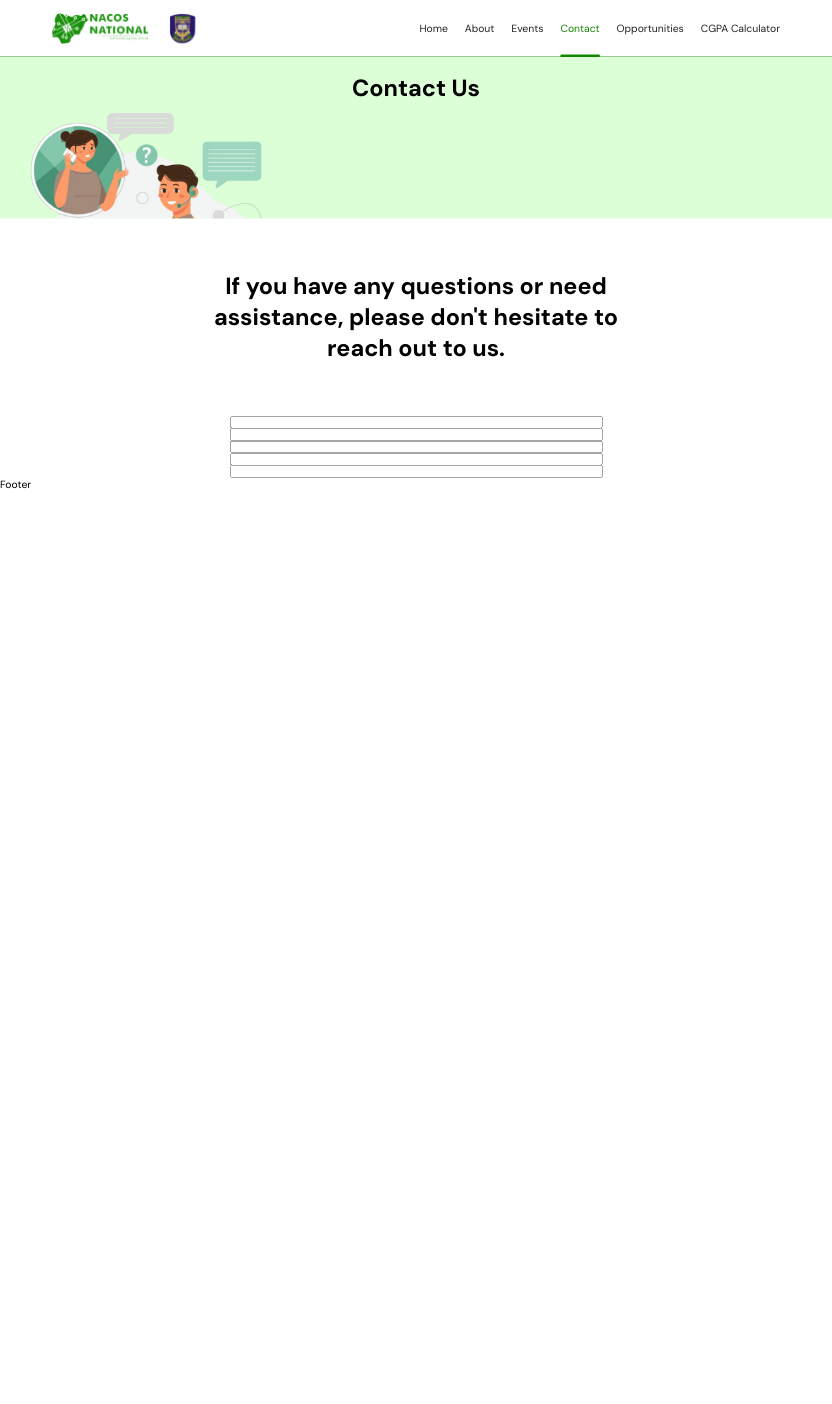
Repository: nacossuil/Uil-Nacos-Web
Page: /contact (app in frontend/)
These files come from the project's save history. The page is drawn as it stood at one moment and after the next save; the edit follows.
The browser window is 1280 px wide. The pictures show the whole page, at 65% of full size.
The project was rebuilt for these pictures with package versions that can differ from the ones it lists, and the page was loaded fresh each time. Also part of the build but not shown: frontend/vite.config.js, frontend/src/pages/Home/HomePage.jsx, frontend/src/pages/About/AboutPage.jsx, frontend/src/pages/Events/EventsPage.jsx, frontend/src/pages/Opportunities/OpportunitiesPage.jsx, frontend/src/pages/CgpaCalculator/CgpaCalculatorPage.jsx.

Above is the page before, as saved 2023-11-14 00:06:07.

### frontend/index.html
<!doctype html>
<html lang="en">

<head>
  <meta charset="UTF-8" />
  <link rel="icon" type="image/svg+xml" href="./src/assets/nacos-logo.svg" />
  <meta name="viewport" content="width=device-width, initial-scale=1.0" />
  <title>Vite + React</title>
</head>

<body>
  <div id="root"></div>
  <script type="module" src="/src/main.jsx"></script>
</body>

</html>

### frontend/src/App.jsx
import { useState } from "react";
import "./App.css";
import Navbar from "./components/Navbar/Navbar";
import { Routes, Route } from "react-router-dom";
import HomePage from "./pages/Home/HomePage";
import ContactPage from "./pages/Contact/ContactPage";
import Footer from "./components/Footer/Footer";
import AboutPage from "./pages/About/AboutPage";
import EventsPage from "./pages/Events/EventsPage";
import OpportunitiesPage from "./pages/Opportunities/OpportunitiesPage";
import CgpaCalculatorPage from "./pages/CgpaCalculator/CgpaCalculatorPage";
import ScrollToTop from "./assets/up-arrow-icon.svg?react";
function App() {
  const [scrollToTopVisible, setScrollToTopVisible] = useState(false);

  const toggleVisible = () => {
    const scrolled = document.documentElement.scrollTop;
    if (scrolled > 300) {
      setScrollToTopVisible(true);
    } else if (scrolled <= 300) {
      setScrollToTopVisible(false);
    }
  };

  const scrollToTop = () => {
    window.scrollTo({
      top: 0,
      behavior: "smooth",
    });
  };
  window.addEventListener("scroll", toggleVisible);
  return (
    <main>
      <Navbar />
      <Routes>
        <Route path="/" element={<HomePage />} />
        <Route path="/about" element={<AboutPage />} />
        <Route path="/events" element={<EventsPage />} />
        <Route path="/contact" element={<ContactPage />} />
        <Route path="/opportunities" element={<OpportunitiesPage />} />
        <Route path="/calculator" element={<CgpaCalculatorPage />} />
      </Routes>
      <Footer />
      {scrollToTopVisible ? (
        <div
          className="scroll-to-top-icon"
          onClick={() => {
            scrollToTop();
          }}
        >
          <ScrollToTop />
        </div>
      ) : null}
    </main>
  );
}

export default App;

### frontend/src/index.css
@import url('https://fonts.googleapis.com/css2?family=DM+Sans:opsz,wght@9..40,300;9..40,400;9..40,500;9..40,600;9..40,700&family=Mulish:wght@200;300;400;500;600;700&display=swap');
:root {
  font-size: 16px;
}
*{
  box-sizing: border-box;
  margin: 0;
  padding: 0;
}
body {
  margin: 0;
}

### frontend/src/App.css
@import url('https://fonts.googleapis.com/css2?family=DM+Sans&display=swap');

body {
  font-family: 'DM Sans', sans-serif;
}

main {
  position: relative;
  min-height: 300vh;
}

.scroll-to-top-icon {
  position: fixed;
  bottom: 16.1875rem;
  right: 6.25rem;
}

### frontend/src/components/Navbar/Navbar.jsx
import { useState } from "react";
import "./Navbar.css";
import { NavLink, Link } from "react-router-dom";

const Navbar = () => {
  // An array which contains link objects.
  // This makes it easier to add/remove links without having to tamper with existing markup
  const links = [
    {
      title: "Home",
      path: "/",
    },
    {
      title: "About",
      path: "/about",
    },
    {
      title: "Events",
      path: "/events",
    },
    {
      title: "Contact",
      path: "/contact",
    },
    {
      title: "Opportunities",
      path: "/Opportunities",
    },
    {
      title: "CGPA Calculator",
      path: "/calculator",
    },
  ];
  //state to keep track of the scroll position.
  const [scrolled, setScrolled] = useState(false);

  // function to toggle state when scrolled
  const toggle = () => {
    if (window.scrollY > 40) {
      setScrolled(true);
    } else {
      setScrolled(false);
    }
  };
  window.addEventListener("scroll", toggle);

  return (
    <header className={scrolled ? "scrolled" : ""}>
      <Link to={"/"}>
        <div>
          <img src="/src/assets/nacos-logo.svg" alt="" />
          <img src="/src/assets/unilorin-logo.svg" alt="" />
        </div>
      </Link>
      <nav>
        {/* Mapping over the links array and generating individual links
        The key for each link is it's title  */}
        {links.map((link) => (
          <NavLink to={link.path} key={link.title} end>
            {link.title}
          </NavLink>
        ))}
      </nav>
    </header>
  );
};

export default Navbar;

### frontend/src/pages/Contact/ContactPage.jsx
import './ContactPage.css'
import Img from '../../assets/customer-support.png'

const ContactPage = () => {
  return (
    <section className="c-wrapper">
      <div className="c-container">
        <div className="first">
          <div className="c-heading">
            <h1>Contact Us</h1>
          </div>
          <div className="image-container">
            <img src={Img} alt="bgImg" />
          </div>
        </div>
        <div className="second">
          <div className="s-text">
            If you have any questions or need assistance, please {`don't`}{' '}
            hesitate to reach out to us.
          </div>
          <form className="form">
            <input type="text" />
            <input type="text" />
            <input type="text" />
            <input type="text" />
            <input type="text" />
          </form>
        </div>
      </div>
    </section>
  )
}

export default ContactPage

### frontend/src/components/Footer/Footer.jsx
const Footer = () => {
  return (
    <footer>Footer</footer>
  )
}

export default Footer

### frontend/src/components/Navbar/Navbar.css
/* Making minimal use of classes to avoid class colision issues and specificity problems */

header {
    height: 5.5rem;
    width: 100%;
    display: flex;
    justify-content: space-between;
    align-items: center;
    font-family: 'DM Sans', sans-serif;
    font-size: 1rem;
    padding-inline: 5rem;
    border-bottom: solid 1px #138601;
    position: sticky;
    top: 0;
    transition: background .3s;
}

nav {
    display: flex;
    gap: 1.625rem;
    /*gap provided in the desing*/

}

nav a {
    color: #212521;
    text-decoration: none;
    position: relative;
}

header div {
    display: flex;
    gap: 2rem;
}

nav a.active {
    color: #138601;
}

/* using the after pseudo-class to create horizontal bars beneath active links */
nav a.active::after {
    content: '';
    position: absolute;
    bottom: -2.125rem;
    left: 0;
    background-color: #138601;
    width: 100%;
    height: 0.25rem;
    border-radius: 0.375rem;
}

/* utility class to change background of navigation on scroll */
header.scrolled {
    background-color: #FFFFFF;
}

### frontend/src/pages/Contact/ContactPage.css
.c-wrapper {
    position: relative;
}

.c-container {
    display: flex;
    flex-wrap: wrap;
    justify-content: center;
    align-items: center;
    text-align: center;
}


/* first div */

.c-container .first {
    background: #dcffd7;
    width: 100%;
}

.first .c-heading>h1 {
    margin: 1.5rem auto 0;
    font-size: 36px;
    font-weight: 700;
    line-height: 48px;
}

.image-container {
    width: 100%;
}


/* second div  */

.second {
    margin-top: 5rem;
}

.second>.s-text {
    font-size: 36px;
    font-weight: 700;
    line-height: 48px;
    width: 45rem;
    margin-bottom: 5rem;
}

.second input {
    display: block;
    margin: 0 auto;
    width: 573px;
    gap: 10px;
}

### frontend/src/pages/Opportunities/Opportunitiespage.css
.opportunities {
  /*###### CUSTOM VARIABLES ######*/
  --color-primary-tint: hsla(112, 99%, 92%);
  --color-primary-shade: hsl(112, 99%, 26%);
  --text-color: hsla(120, 6%, 14%, 1);
  --text-color-light: hsla(108, 10%, 10%, 0.8);

  --font-family: "DM Sans", sans-serif;

  --fs-heading: 2.5rem;
  --fs-text-md: 1rem;
  --fs-text-lg: 1.75rem;
  --fs-text-sm: 0.875rem;

  --line-height-text: 1.6;
  --btn-radius: 3vw;

  /* GlOBAL STYLINGS */
  font-family: var(--font-family);
}

/*###### GLOBAL RESETS ######*/
* {
  box-sizing: border-box;
  margin: 0;
  padding: 0;
}

.opportunities > * {
  font-family: inherit;
}

img {
  /* Making images responsive */
  display: block;
  max-width: 100%;
}

/*###### RE-USABLE CLASSES ######*/
.container {
  /* max-width: Ideal width not decided yet */
  width: 85%;
  margin-inline: auto;
}

.heading {
  font-size: var(--fs-heading);
  font-weight: 600;
  margin-bottom: 2rem;
}

.text-md {
  font-size: var(--fs-text-md);
  font-weight: 500;
  line-height: var(--line-height-text);
  margin-bottom: 2rem;
}

.btn {
  display: inline-block;
  padding: 0.75em 1.5em;
  font-size: var(--fs-text-md);
  font-weight: 500;
  color: var(--color-primary-tint);
  background-color: var(--color-primary-shade);
  border: 0;
  border-radius: var(--btn-radius);
  cursor: pointer;
}

/*##### INTRO SECTION #####*/
.section-intro {
  padding-block: 3rem;
  background-color: var(--color-primary-tint);
}

.intro__content {
  display: grid;
  grid-template-columns: repeat(2, 1fr);
  align-items: center;
}

.intro__content-img-box {
  display: grid;
  place-items: center;
}

.intro__content-img-box img {
  width: 80%;
}

Loaded but not shown: frontend/src/main.jsx (common file)

After the next save:
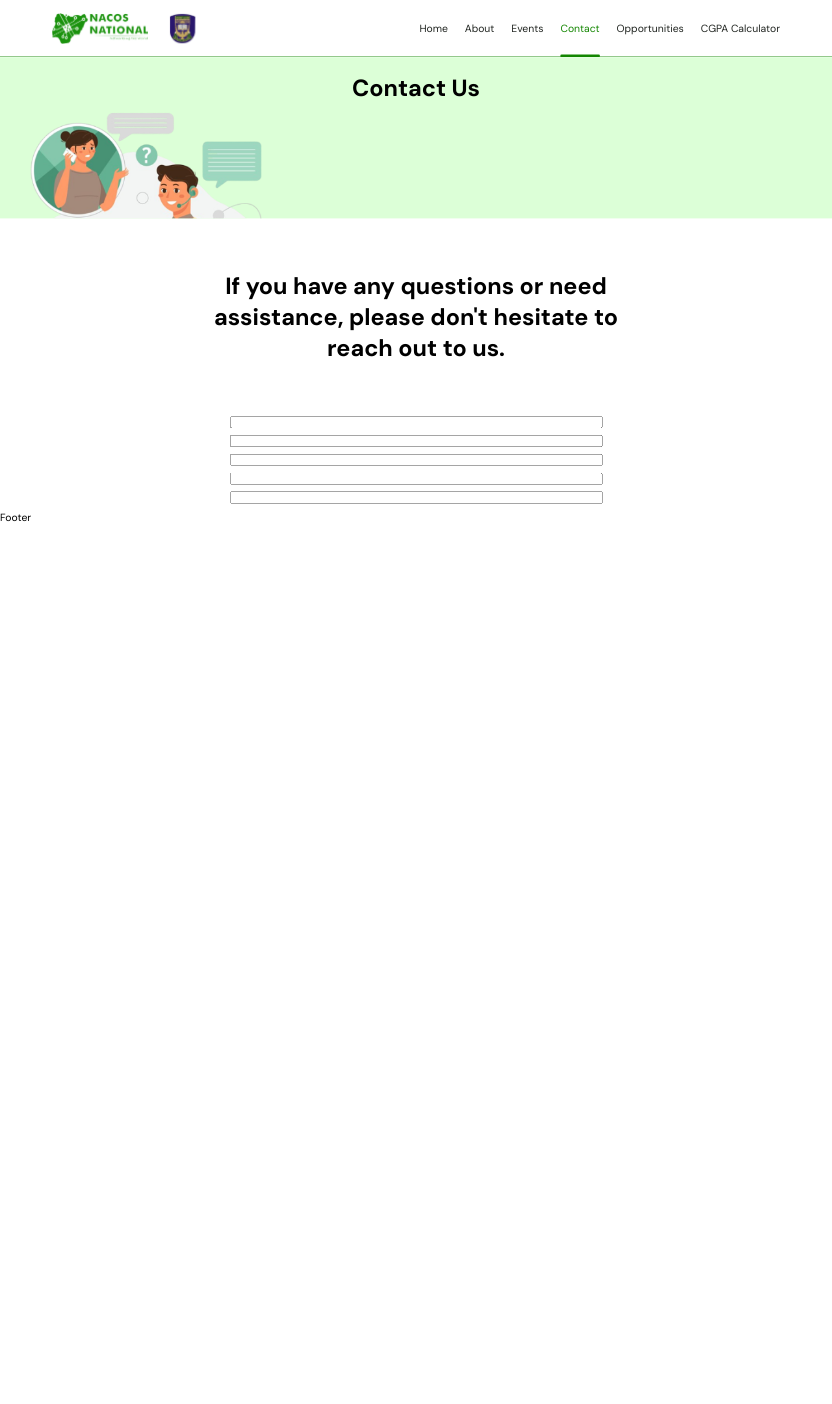
Saved 10 s later.
--- a/frontend/src/pages/Contact/ContactPage.css
+++ b/frontend/src/pages/Contact/ContactPage.css
@@ -46,7 +46,6 @@
 
 .second input {
     display: block;
-    margin: 0 auto;
+    margin: 10px auto;
     width: 573px;
-    gap: 10px;
 }
